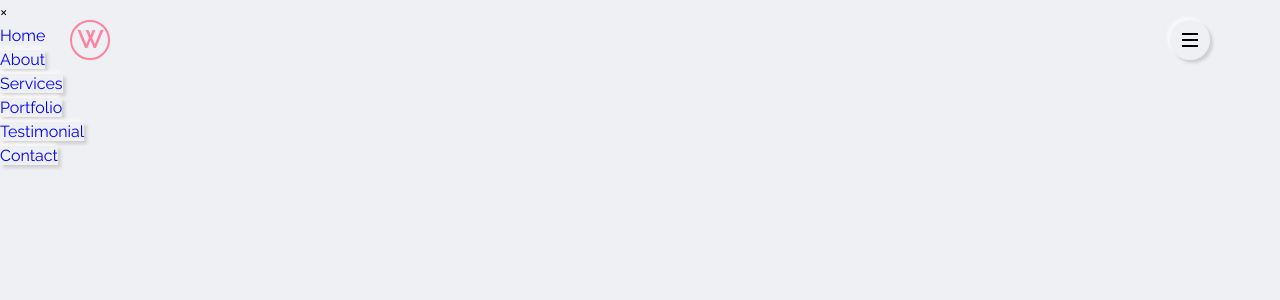
Repository: Mohamed-Hema/Personal-Portfolio---webshala
Page: index.html
These files come from the project's save history. The page is drawn as it stood at one moment and after the next save; the edit follows.
The browser window is 1280 px wide. The pictures show the whole page.

Above is the page before, as saved 2021-05-02 14:06:31.

### index.html
<!DOCTYPE html>
<html lang="zxx">
<head>
  <meta charset="utf-8">
  <title>Personal Portfolio Website</title>
  <meta name="viewport" content="width=device-width,initial-scale=1.0">
  <!-- font awesome -->
  <link rel="stylesheet" type="text/css" href="css/font-awesome.css">
  <!-- main css -->
  <link rel="stylesheet" type="text/css" href="css/style.css">
</head>
<body>
    <!-- Start Header -->
    <header class="header">
      <div class="container">
        <div class="row justify-content-between">
          <div class="logo">
            <a href="index.html">w</a>
          </div>
          <div class="hamburger-btn outer-shadow hover-in-shadow">
            <span></span>
          </div>
        </div>
      </div>
    </header>
    <!-- End Header -->
    <!-- Start NavBar -->
    <nav class="nav-menu">
      <div class="close-nav-menu">&times;</div>
      <div class="nav-menu-inner">
        <ul>
          <li><a href="#" class="inner-shadow active">Home</a></li>
          <li><a href="#" class="outer-shadow hover-in-shadow">About</a></li>
          <li><a href="#" class="outer-shadow hover-in-shadow">Services</a></li>
          <li><a href="#" class="outer-shadow hover-in-shadow">Portfolio</a></li>
          <li><a href="#" class="outer-shadow hover-in-shadow">Testimonial</a></li>
          <li><a href="#" class="outer-shadow hover-in-shadow">Contact</a></li>
        </ul>
      </div>
    </nav>

    <!-- End NavBar -->

<!-- main js -->
<script src="js/main.js"></script>
<!-- style switcher js -->
<script src="js/style-switcher.js"></script>
</body>
</html>

### css/style.css
/* Start Global Styles */
/* Fonts */
@import url('https://fonts.googleapis.com/css2?family=Raleway&display=swap');
@import url("skins/color-1.css");

/* Define Custom Css Variables */
:root{
    --bg-black-900: #000;
    --bg-black-100: #ddd;
    --bg-black-50:#eff0f4;
    --text-black-900:#000;
    --text-black-700: #555;
    --text-black-600: #666;
    --text-black-300: #bbb;
    --outer-shadow: 3px 3px 3px #d0d0d0, -3px -3px 3px #f8f8f8;
    --outer-shadow-0: 0 0 0 #d0d0d0, 0 0 0 #f8f8f8;
    --inner-shadow: inset 3px 3px 3px #d0d0d0, inset -3px -3px 3px #f8f8f8;
}

body{
    font-size: 16px;
    line-height: 1.5;
    overflow-x: hidden;
    background-color: var(--bg-black-50);
}
*:not(i){
    font-family: 'Raleway', sans-serif;
    font-weight: 400;
}
*,
*::before,
*::after{
    margin: 0;
    padding: 0;
    box-sizing: border-box;
    outline: none;
}
a{
    text-decoration: none;
}
ul{
    list-style: none;
    margin: 0;
    padding: 0;
}
img{
    vertical-align: middle;
    max-width: 100%;
}
.container{
    max-width: 1140px;
    margin: auto;
}
.row{
    display: flex;
    flex-wrap: wrap;
}

.justify-content-between{
    justify-content: space-between;
}
.outer-shadow{
    box-shadow: var(--outer-shadow);
}
.hover-in-shadow{
    position: relative;
    z-index: 1;
}
.hover-in-shadow:hover{
    box-shadow: var(--outer-shadow-0);
}
.hover-in-shadow::after{
    content: '';
    position: absolute;
    left: 0;
    top: 0;
    width: 100%;
    height: 100%;
    transition: all .3s ease;
}
.hover-in-shadow:hover::after{
    box-shadow: var(--inner-shadow);

}
/* End Global Styles */
/* Start Header */
.header{
    padding: 20px 15px;
    position: absolute;
    width: 100%;
    top: 0;
    left: 0;
    z-index: 99;
}
.header .logo a{
    display: inline-block;
    text-align: center;
    line-height: 36px;
    height: 40px;
    width: 40px;
    font-size: 24px;
    color: var(--skin-color);
    border-radius: 50%;
    border: 2px solid var(--skin-color);
    font-weight: 600;
    text-transform: uppercase;
}
.header .hamburger-btn{
    height: 40px;
    width: 40px;
    display: flex;
    align-items: center;
    cursor: pointer;
    border-radius: 50%;
    justify-content: center;
    transition: all .3s ease;
}
.header .hamburger-btn::after{
    border-radius: 50%;

}
.header .hamburger-btn span{
    display: block;
    height: 2px;
    width: 16px;
    background-color: var(--bg-black-900);
    position: relative;
}
.header .hamburger-btn span::before,
.header .hamburger-btn span::after{
    content: '';
    position: absolute;
    left: 0;
    width: 100%;
    height: 100%;
    background-color: var(--bg-black-900);
}
.header .hamburger-btn span::before{
    top: -6px;
}
.header .hamburger-btn span::after{
    top: 6px;
}


/* End Header */

Loaded but not shown: css/font-awesome.css (library); css/skins/color-1.css (common file); js/main.js (no stored copy; drawn as an empty file); js/style-switcher.js (no stored copy; drawn as an empty file)

After the next save:
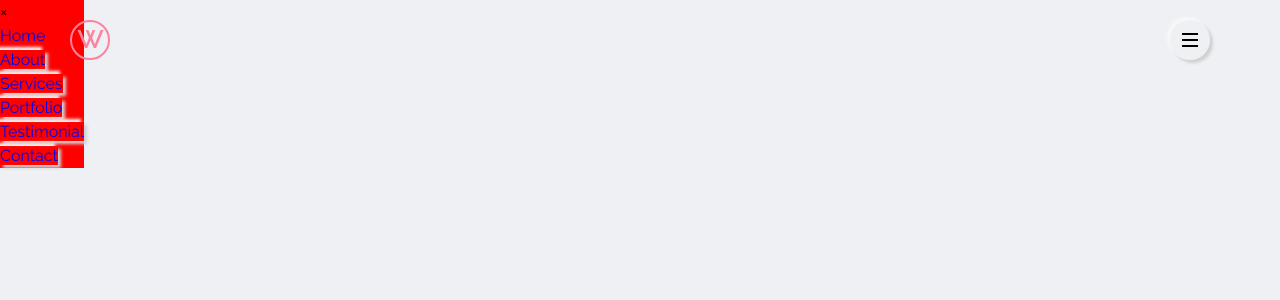
Saved 41 s later.
--- a/css/style.css
+++ b/css/style.css
@@ -144,3 +144,11 @@ img{
 
 
 /* End Header */
+/* Start NavBar */
+.nav-menu{
+    position: fixed;
+    background-color: red;
+}
+
+
+/* End NavBar */
